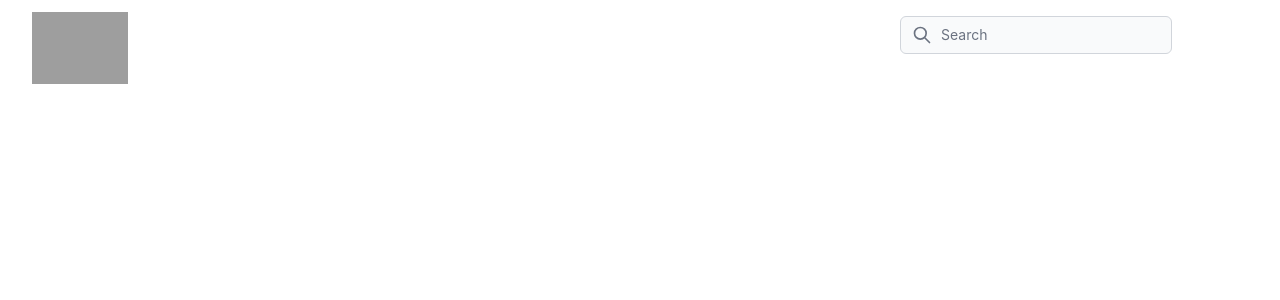
Repository: SehajBindra/insta--clone
Page: /
The author's editor kept a copy of each file at every save. The page is drawn from the files as they stood at one save, then again after the next save.
The browser window is 1280 px wide. The pictures show the whole page.
Pictures or frames that could not be fetched are drawn as grey boxes. The project was rebuilt for these pictures with package versions that can differ from the ones it lists, and the page was loaded fresh each time. The framework's server and built-in components were replaced by stand-ins that run in the browser. Also part of the build but not shown: next.config.js.

Above is the page before, as saved 2022-04-11 01:46:35.

After the next save:
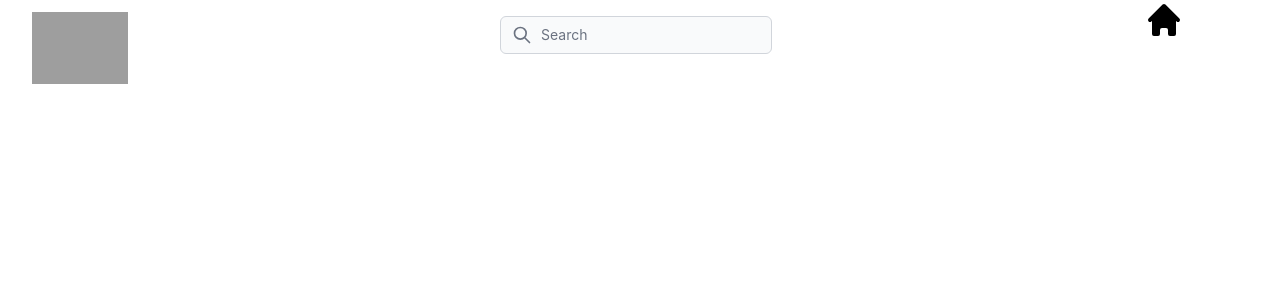
Saved 2 min 43 s later.
--- a/components/Header.js
+++ b/components/Header.js
@@ -8,6 +8,7 @@
     PaperAirplaneIcon,
     MenuIcon
 } from "@heroicons/react/outline"
+import {HomeIcon } from "@heroicons/react/solid";
 
 function Header() {
   return (
@@ -39,7 +40,10 @@
 
         </div>
         </div>
-
+       {/* Right side */}
+       <div>
+       <HomeIcon className=" h-10 w-10" />
+       </div>
       </div>
     </div>
   );
